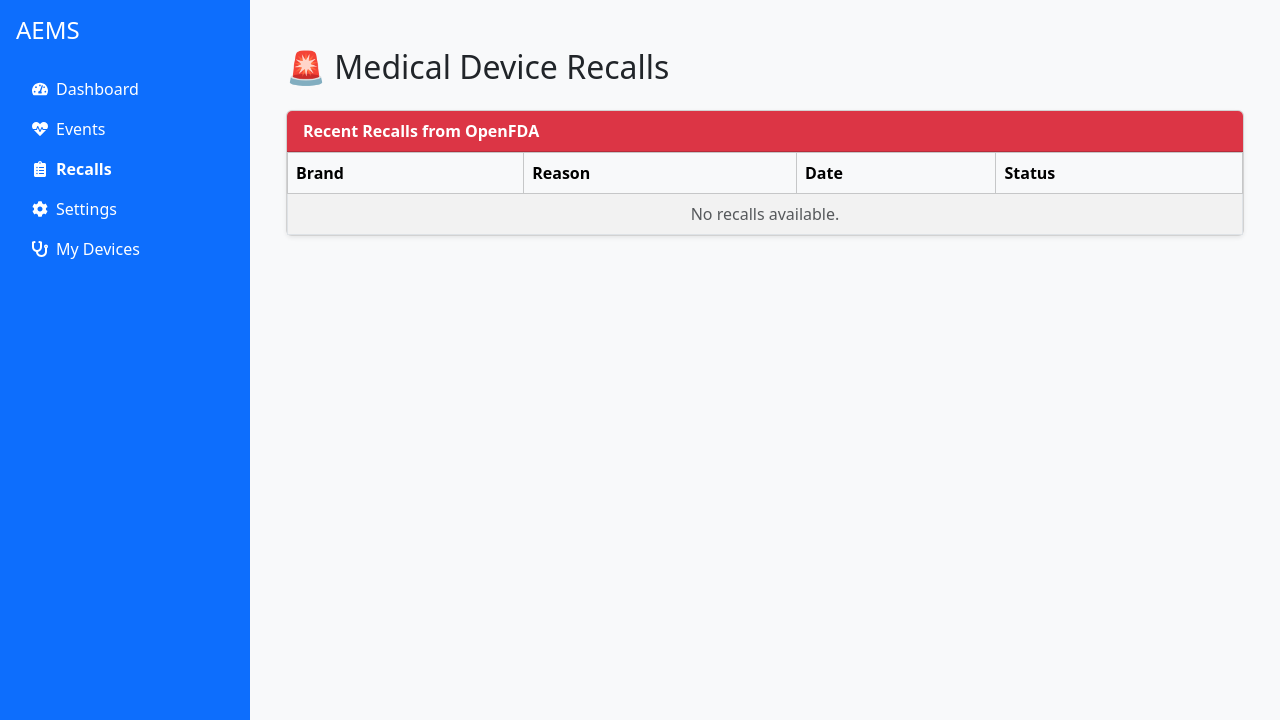
Repository: Sarary2/AEMS_2MVP
Page: /recalls (app in frontend/AEMS/)
The author's editor kept a copy of each file at every save. The page is drawn from the files as they stood at one save, then again after the next save.
The browser window is 1280 px wide. The pictures show the whole page.
The page's requests for data from a server got no answer. The project was rebuilt for these pictures with package versions that can differ from the ones it lists, and the page was loaded fresh each time. No one was signed in, and anything a server would have sent is missing. Also part of the build but not shown: frontend/AEMS/vite.config.js, frontend/AEMS/src/components/StatCard.jsx, frontend/AEMS/src/components/DeviceRow.jsx, frontend/AEMS/src/components/StatusChart.jsx, frontend/AEMS/src/components/RecallsPanel.jsx, frontend/AEMS/src/pages/Dashboard.jsx, frontend/AEMS/src/pages/Events.jsx, frontend/AEMS/src/firebase.js and 4 more.

Above is the page before, as saved 2025-05-06 14:14:38.

After the next save:
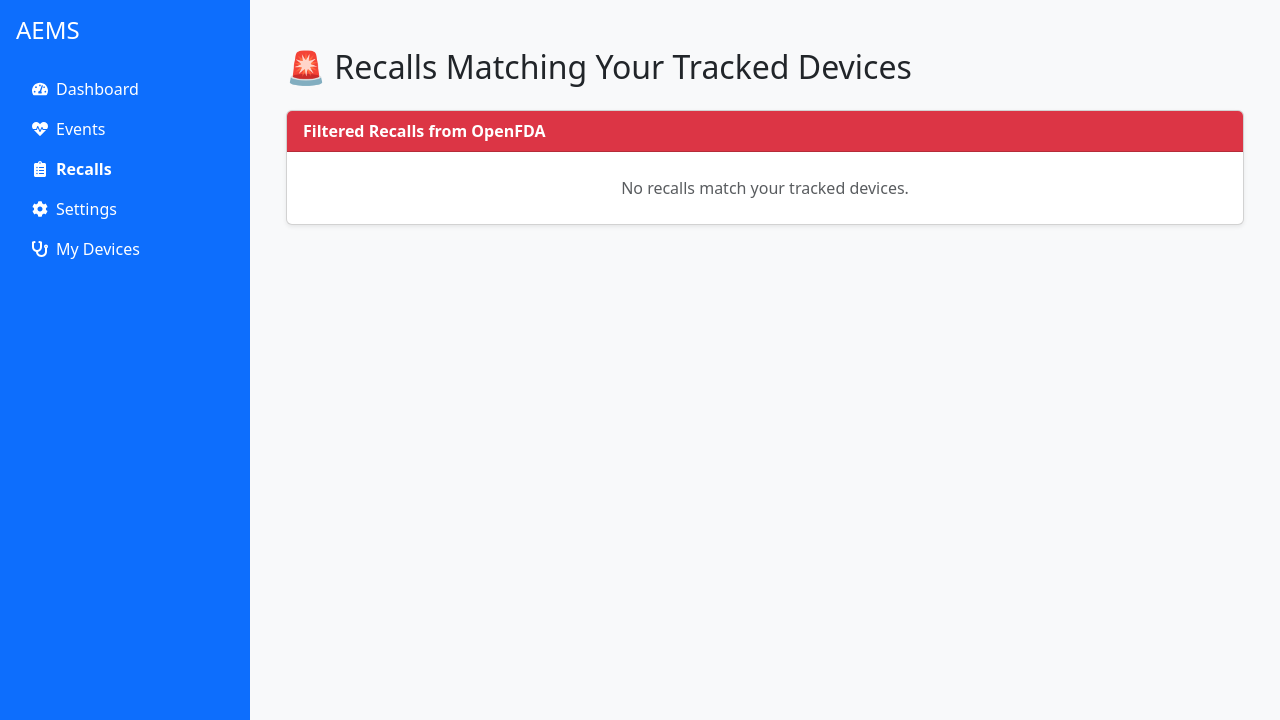
Saved 27 s later.
--- a/frontend/AEMS/src/pages/Recalls.jsx
+++ b/frontend/AEMS/src/pages/Recalls.jsx
@@ -5,9 +5,17 @@ export default function Recalls() {
   const [recalls, setRecalls] = useState([]);
   const [loading, setLoading] = useState(true);
 
+  const getTrackedDevices = () =>
+    JSON.parse(localStorage.getItem('trackedDevices') || '[]').map(t => t.toLowerCase());
+
   useEffect(() => {
+    const tracked = getTrackedDevices();
+
     fetchDeviceRecalls().then(data => {
-      setRecalls(data);
+      const matched = data.filter(recall =>
+        tracked.some(t => recall.brandName?.toLowerCase().includes(t))
+      );
+      setRecalls(matched);
       setLoading(false);
     });
   }, []);
@@ -28,17 +36,19 @@ export default function Recalls() {
 
   return (
     <div className="container-fluid">
-      <h2 className="my-4">
-        <span role="img" aria-label="recall">🚨</span> Medical Device Recalls
-      </h2>
+      <h2 className="my-4">🚨 Recalls Matching Your Tracked Devices</h2>
 
       <div className="card shadow-sm">
         <div className="card-header bg-danger text-white fw-bold">
-          Recent Recalls from OpenFDA
+          Filtered Recalls from OpenFDA
         </div>
         <div className="card-body p-0">
           {loading ? (
             <div className="text-center py-4 text-muted">Loading recall data...</div>
+          ) : recalls.length === 0 ? (
+            <div className="text-center py-4 text-muted">
+              No recalls match your tracked devices.
+            </div>
           ) : (
             <div className="table-responsive">
               <table className="table table-striped table-bordered mb-0">
@@ -51,27 +61,18 @@ export default function Recalls() {
                   </tr>
                 </thead>
                 <tbody>
-                  {recalls.length === 0 ? (
-                    <tr>
-                      <td colSpan="4" className="text-center text-muted">No recalls available.</td>
+                  {recalls.map((recall, i) => (
+                    <tr key={i}>
+                      <td>{recall.brandName}</td>
+                      <td>{recall.recallReason}</td>
+                      <td>{formatDate(recall.recallDate)}</td>
+                      <td>
+                        <span className={`badge bg-${statusColor(recall.status)}`}>
+                          {recall.status}
+                        </span>
+                      </td>
                     </tr>
-                  ) : (
-                    recalls.map((recall, i) => (
-                      <tr key={i}>
-                        <td>{recall.brandName}</td>
-                        <td>{recall.recallReason}</td>
-                        <td>{formatDate(recall.recallDate)}</td>
-                        <td>
-                          <span
-                            className={`badge bg-${statusColor(recall.status)}`}
-                            title={recall.status}
-                          >
-                            {recall.status}
-                          </span>
-                        </td>
-                      </tr>
-                    ))
-                  )}
+                  ))}
                 </tbody>
               </table>
             </div>
